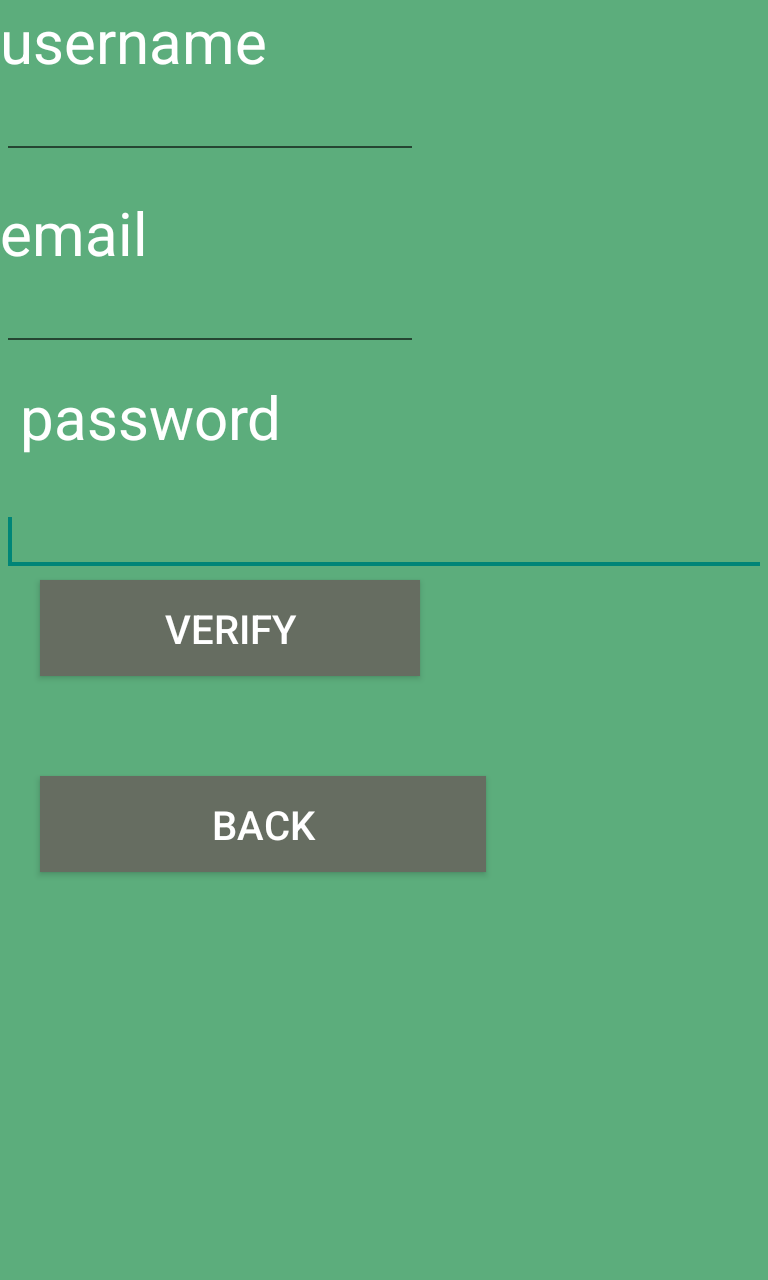
Repository: janemuthoni/icon
Layout: Exam/res/layout/login.xml
These files come from the project's save history. The layout is drawn as it stood at one moment and after the next save; the edit follows.
It is drawn on a 768 x 1280 px phone screen (xhdpi) without system bars, with theme AppTheme; the app's code is not run.

Above is the layout before, as saved 2014-08-07 09:23:13.

### Exam/res/layout/login.xml
<?xml version="1.0" encoding="utf-8"?>
<LinearLayout xmlns:android="http://schemas.android.com/apk/res/android"
    android:layout_width="match_parent"
    android:layout_height="match_parent"
    android:orientation="vertical"
    android:background="@color/cyan">
     <TextView
           android:id="@+id/tvusername"
           android:layout_width="wrap_content"
           android:layout_height="wrap_content"
           android:text="@string/Username"
           android:textSize="30sp"
           android:textColor="@color/white" />

       <EditText
           android:id="@+id/etusername"
           android:layout_width="wrap_content"
           android:layout_height="wrap_content"
           android:ems="10"
           android:inputType="textPersonName" />

       <TextView
           android:id="@+id/tvemail"
           android:text="@string/email"
           android:textColor="@color/white"
           android:layout_width="wrap_content"
           android:layout_height="wrap_content"
           android:layout_marginTop="14dp"
           android:textSize="30sp" />

       <EditText
           android:id="@+id/etemail"
           android:layout_width="wrap_content"
           android:layout_height="wrap_content"
           android:ems="10"
           android:inputType="textEmailAddress" />

   <TextView
     android:id="@+id/tvpassword"
     android:layout_width="wrap_content"
     android:layout_height="wrap_content"
     android:text="@string/password"
     android:textSize="30sp"
     android:textColor="@color/white"
     android:layout_margin="10dp"/>

   <EditText
       android:id="@+id/editText2"
       android:layout_width="match_parent"
       android:layout_height="wrap_content"
       android:layout_marginTop="10dp"
       android:ems="10"
       android:inputType="textPassword" >

       <requestFocus />
   </EditText>

   <Button
       android:id="@+id/btnVerify"
       android:layout_width="190dp"
       android:layout_height="wrap_content"
       android:text="@string/buttonverify"
       android:textColor="@color/white"
       android:background="@color/darkgrey"
       android:textSize="20sp"
       android:layout_marginLeft="20dp"
          />

      <Button
          android:id="@+id/buttonback"
          android:layout_width="223dp"
          android:layout_height="wrap_content"
          android:layout_marginLeft="20dp"
          android:layout_marginTop="50dp"
          android:background="@color/darkgrey"
          android:text="@string/buttonback"
          android:textColor="@color/white"
          android:textSize="20sp" />

</LinearLayout>

### Exam/res/values/color.xml
<?xml version="1.0" encoding="utf-8"?>
<resources>
     <color name="grey">#A49F99</color>
      <color name="blue">#170674</color>
      <color name="green">#C81B1B</color>
      <color name="lightgreen">#7FDC33</color>
      <color name="darkgrey">#666D61</color>
      <color name="white">#FFFFFF</color>
      <color name="black">#1F1D1D</color>
      <color name="pink">#E1FBA2F7</color>
      <color name="lightgrey">#EBE0E3</color>
      <color name="cyan">#5CAD7C</color>
      <color name="greengrass">#08893C</color>
      <color name="yellow">#FDFF4F</color>
      <color name="violet">#7D0E2F</color>


</resources>

### Exam/res/values/strings.xml
<?xml version="1.0" encoding="utf-8"?>
<resources>

    <string name="app_name">Exam</string>
    <string name="hello_world">Hello world!</string>
    <string name="action_settings">Settings</string>
    <string name="firstname">firstname</string>
    <string name="email">email</string>
    <string name="password">password</string>
    <string name="Username">username</string>
    <string name="buttonregister">Register</string>
    <string name="buttonLogin">Login</string>
    <string name="buttonback">back</string>
    <string name="buttonverify">Verify</string>
    <string name="btndisplay">display</string>
    <string name="title_activity_register">RegisterActivity</string>
    <string name="title_activity_main">MainActivity</string>
    <string name="title_activity_welcome">WelcomeActivity</string>

</resources>

Loaded but not shown: Exam/res/values/styles.xml (common file); Exam/res/values-v11/styles.xml (common file); Exam/res/values-v14/styles.xml (common file)

After the next save:
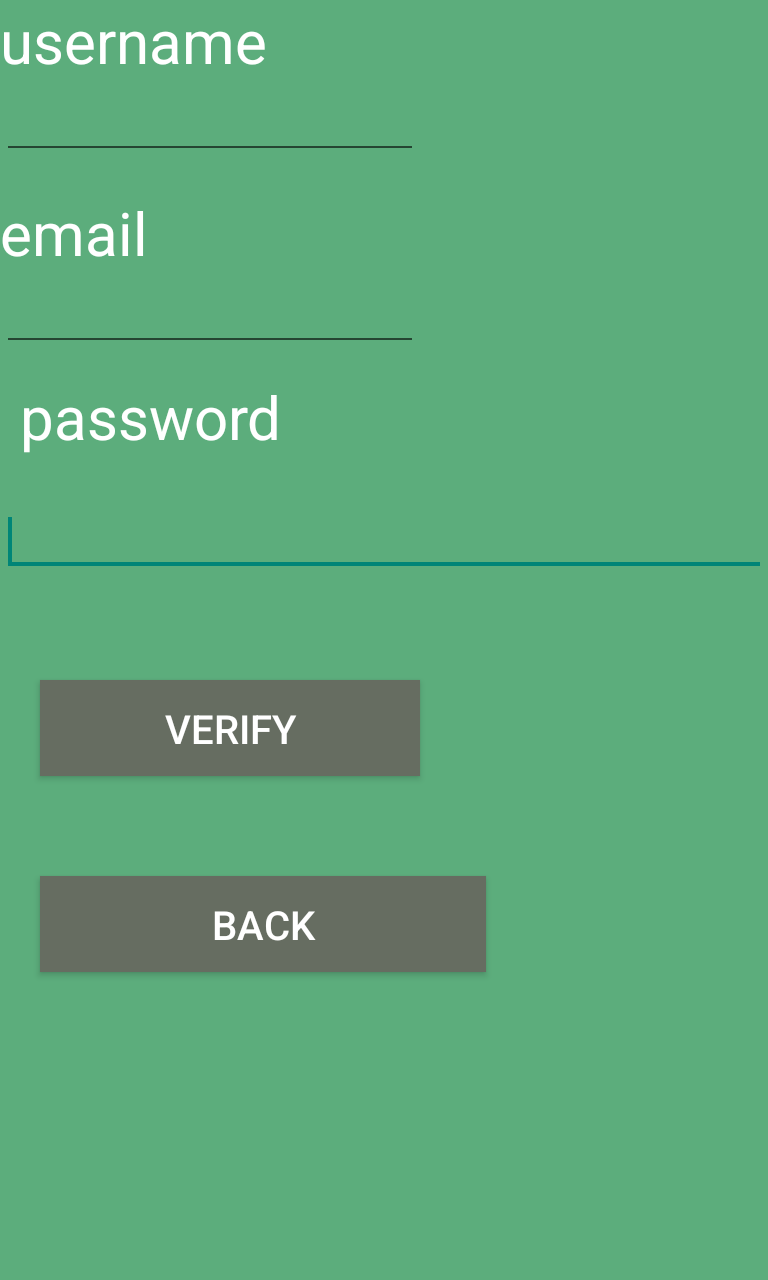
Saved 18 s later.
--- a/Exam/res/layout/login.xml
+++ b/Exam/res/layout/login.xml
@@ -61,6 +61,7 @@
        android:layout_height="wrap_content"
        android:text="@string/buttonverify"
        android:textColor="@color/white"
+       android:layout_marginTop="50dp"
        android:background="@color/darkgrey"
        android:textSize="20sp"
        android:layout_marginLeft="20dp"
